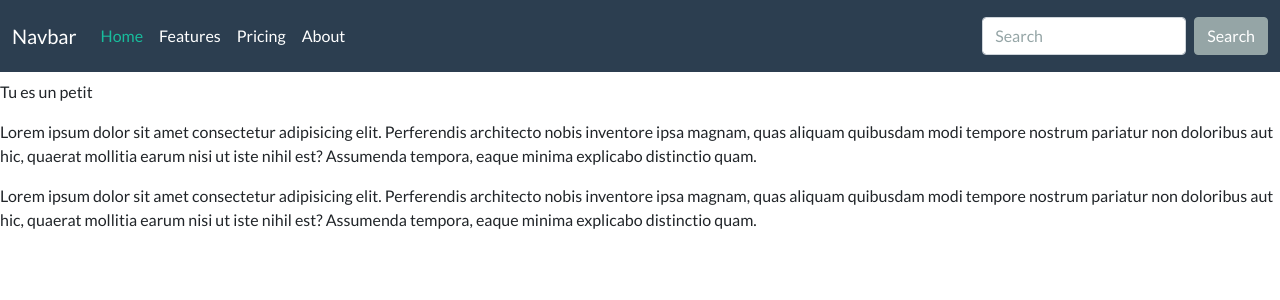
Repository: 2boubacar10/blog_lior_chamla
Page: templates/blog/home.html.twig
The author's editor kept a copy of each file at every save. The page is drawn from the files as they stood at one save, then again after the next save.
The browser window is 1280 px wide. The pictures show the whole page.
The page is a Twig template of a Symfony application; nobody is signed in and links lead nowhere. The template is opened directly, without the code that normally fills it, so the values that code supplies are empty.

Above is the page before, as saved 2021-06-26 15:06:48.

### templates/blog/home.html.twig
{% extends 'base.html.twig' %}

{% block title %}Home!
{% endblock %}

{% block body %}

<h1>{{ title }}</h1>

{% if age > 18 %}
	<p>
		Tu es vieux maintenant</p>
{% else %}
	<p>
		Tu es un petit</p>
{% endif %}

<p>Lorem ipsum dolor sit amet consectetur adipisicing elit. Perferendis architecto nobis inventore ipsa magnam, quas aliquam quibusdam modi tempore nostrum pariatur non doloribus aut hic, quaerat mollitia earum nisi ut iste nihil est? Assumenda tempora, eaque minima explicabo distinctio quam.</p>


<p>Lorem ipsum dolor sit amet consectetur adipisicing elit. Perferendis architecto nobis inventore ipsa magnam, quas aliquam quibusdam modi tempore nostrum pariatur non doloribus aut hic, quaerat mollitia earum nisi ut iste nihil est? Assumenda tempora, eaque minima explicabo distinctio quam.</p>


{% endblock %}

### templates/base.html.twig
<!DOCTYPE html>
<html>
    <head>
        <meta charset="UTF-8">
        <title>{% block title %}Welcome!{% endblock %}</title>
        {# Run `composer require symfony/webpack-encore-bundle`
           and uncomment the following Encore helpers to start using Symfony UX #}
        {% block stylesheets %}
            {#{{ encore_entry_link_tags('app') }}#}
        <link href="{{ asset('css/bootstrap.min.css') }}" rel="stylesheet" type="text/css"/>


        {% endblock %}

        {% block javascripts %}
            {#{{ encore_entry_script_tags('app') }}#}
        {% endblock %}
    </head>
    <body>
        <nav class="navbar navbar-expand-lg navbar-dark bg-primary">
            <div class="container-fluid">
                <a class="navbar-brand" href="#">Navbar</a>
                <button class="navbar-toggler" type="button" data-bs-toggle="collapse" data-bs-target="#navbarColor01" aria-controls="navbarColor01" aria-expanded="false" aria-label="Toggle navigation">
                    <span class="navbar-toggler-icon"></span>
                </button>

                <div class="collapse navbar-collapse" id="navbarColor01">
                    <ul class="navbar-nav me-auto">
                        <li class="nav-item">
                            <a class="nav-link active" href="#">Home
                                <span class="visually-hidden">(current)</span>
                            </a>
                        </li>
                        <li class="nav-item">
                            <a class="nav-link" href="#">Features</a>
                        </li>
                        <li class="nav-item">
                            <a class="nav-link" href="#">Pricing</a>
                        </li>
                        <li class="nav-item">
                            <a class="nav-link" href="#">About</a>
                        </li>

                    </ul>
                    <form class="d-flex">
                        <input class="form-control me-sm-2" type="text" placeholder="Search">
                        <button class="btn btn-secondary my-2 my-sm-0" type="submit">Search</button>
                    </form>
                </div>
            </div>
        </nav>

        {% block body %}{% endblock %}
    </body>
</html>

Loaded but not shown: public/css/bootstrap.min.css (library)

After the next save:
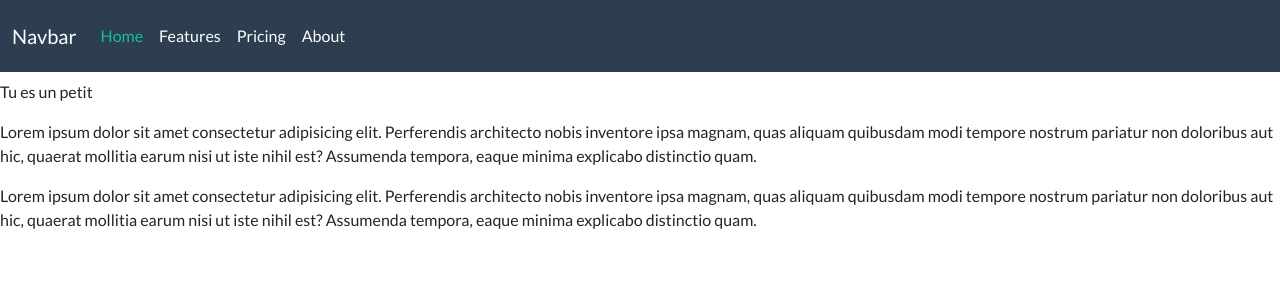
Saved 18 s later.
--- a/templates/base.html.twig
+++ b/templates/base.html.twig
@@ -42,10 +42,6 @@
                         </li>
 
                     </ul>
-                    <form class="d-flex">
-                        <input class="form-control me-sm-2" type="text" placeholder="Search">
-                        <button class="btn btn-secondary my-2 my-sm-0" type="submit">Search</button>
-                    </form>
                 </div>
             </div>
         </nav>
